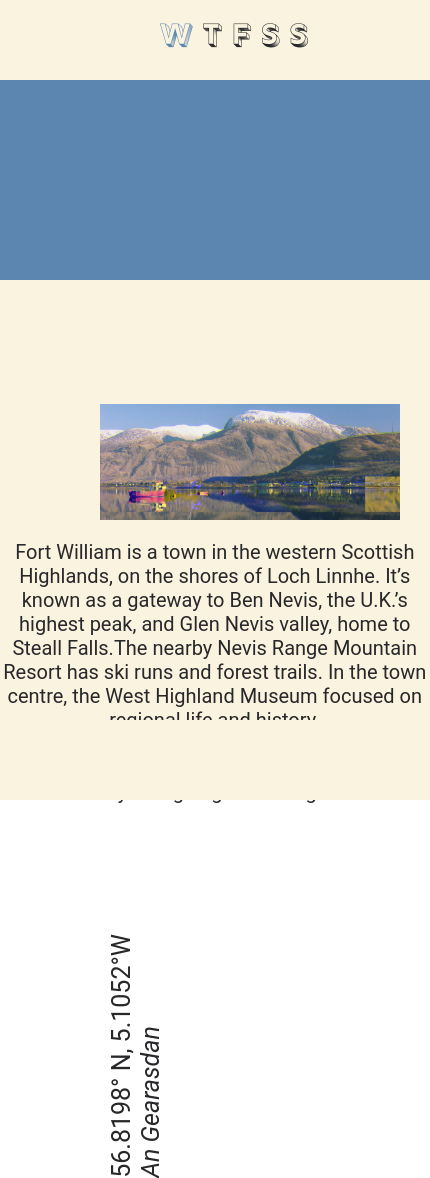
Repository: etak-yram/FINAL-CFG-WEB-DEV
Page: wednesday.html
The author's editor kept a copy of each file at every save. The page is drawn from the files as they stood at one save, then again after the next save.
The browser window is 375 px wide. The page is 430 px wide, so the pictures cover 430 px, including what lies to the right of the window. The pictures show the whole page.

Above is the page before, as saved 2022-07-27 12:37:27.

### wednesday.html
<!DOCTYPE html>
<html lang="en">

<style>
    #menu-item-wed {
    color: #5c86af;
}

    #aside-color-w {
    background-color: #5c86af;
}

    #aside-text-wed {
        font-size: 6em;
    }

    #aside-text-wed {
        font-size: 6em;
    }
</style>

<head>
    <meta charset="UTF-8">
    <meta http-equiv="X-UA-Compatible" content="IE=edge">
    <meta name="viewport" content="width=device-width, initial-scale=1.0">
    <link rel="stylesheet" type="text/css" href="style-main.css"/>

    <title>WED</title>
</head>
<body>
        <aside id="aside-color-w">
            <div class="aside-text-h" id="aside-text-wed">
                <h1>Fort<br>William</h1>
            </div>
        </aside>

        <subtext>
            <p class="sub-text">56.8198° N, 5.1052°W<br><em>An Gearasdan</em></p>
        </subtext>

        <header>
            <ul class="navbar">
                <li><a href="/wednesday.html" id="menu-item-wed" class="menu-item">Wed</a></li>
                <li><a href="/thursday.html" id="menu-item-thu" class="menu-item">Thu</a></li>
                <li><a href="/friday.html" id="menu-item-fri" class="menu-item">Fri</a></li>
                <li><a href="/saturday.html" id="menu-item-sat" class="menu-item">Sat</a></li>
                <li><a href="/sunday.html" id="menu-item-sun" class="menu-item">Sun</a></li>
            </ul>
        </header>



        <mobile-header>
            <ul class="mobile-navbar">
                <li><a href="/wednesday.html" id="menu-item-wed" class="menu-item">W</a></li>
                <li><a href="/thursday.html" id="menu-item-thu" class="menu-item">T</a></li>
                <li><a href="/friday.html" id="menu-item-fri" class="menu-item">F</a></li>
                <li><a href="/saturday.html" id="menu-item-sat" class="menu-item">S</a></li>
                <li><a href="/sunday.html" id="menu-item-sun" class="menu-item">S</a></li>
            </ul>
        </mobile-header>



        <main-img>
            <div>
                <img class="home-image" src="/images/Fort William.png">
            </div>
        </main-img>

        <main><p>Fort William is a town in the western Scottish Highlands, on the shores of Loch Linnhe. It’s known as a gateway to Ben Nevis, the U.K.’s highest peak, and Glen Nevis valley, home to Steall Falls.The nearby Nevis Range Mountain Resort has ski runs and forest trails. In the town centre, the West Highland Museum focused on regional life and history.<br><br>
        We will travel through the stunning Glencoe on the way - It's going to be magical ♡</p></main>

        <footer></footer>

        <rightside></rightside>

</html>

### style-main.css
@font-face {
  font-family: halftone;
  src: url("/fonts/MyFontsWebfontsKit/webFonts/RigBoldHalftone/font.woff");
}
@import url('https://fonts.googleapis.com/css2?family=Roboto:wght@100&display=swap');
/* font-family: 'Roboto', sans-serif; */

body, html {
  height: 100vh;
}


body {
  margin: 0;
  display: grid;
  grid-template-columns: 21% 15% 20% 30% 21% ;
  grid-template-rows: 10% auto auto 10%;
  grid-template-areas:
    "sidebar subtext header header aside"
    "sidebar subtext main-img main-img aside"
    "sidebar subtext main main aside"
    "sidebar footer footer footer aside";
}


/* right sidebar */

rightside {
  grid-area: aside;
  background-color:#faf3e0;
}

/* sidebar */
aside {
  grid-area: sidebar;
}

.aside-text-h {
  transform: rotate(-90deg);
  transform-origin:bottom right;
  padding-top: 100px;
}

.aside-text-h h1 {
  font-family: halftone;
  color: #28282B;
  line-height: 130px;
}

/* subtext */

subtext {
  grid-area: subtext;
  background-color:#faf3e0;
}

.sub-text {
  font-family: 'Roboto', sans-serif;
  color:#28282B;
  font-size: 25px;
  transform: rotate(-90deg);
  transform-origin:bottom;
  padding-top: 550px;
  margin-left: -100px;
}


/* navbar */



header {
  grid-area: header;
  background-color:#faf3e0;
}


.navbar {
  display: flex;
  list-style: none;
  justify-content: center;
  justify-items: center;

}

.navbar a {
  font-family: halftone;
  text-decoration: none;
  color: #28282B;
  font-size: 4rem;
  padding: 20px;
}

#menu-item-wed:hover {
	color: #5c86af;
}
#menu-item-thu:hover {
	color: #ff914d;
}
#menu-item-fri:hover {
	color: #ffde59;
}
#menu-item-sat:hover {
	color: #03989e;
}
#menu-item-sun:hover {
	color: #b071c2;
}

/* main image  */

main-img {
  grid-area: main-img;
  background-color:#faf3e0;
  display: flex;
  align-items: center;
  padding-left: 100px;
  padding-top: 100px;
}

.home-image {
  width: 800px;
}


/* paragraph of info */
main {
  grid-area: main;
  background-color: #faf3e0;
  text-align: center;
}

main p {
  font-family: 'Roboto', sans-serif;
  color:#28282B;
  font-size: 20px;
}


/* footer */
footer {
  grid-area: footer;
  background-color:#faf3e0;
}





























/* Media Queries */

/* Extra small devices (phones, 600px and down) */
@media only screen and (max-width: 600px) {

  body {
    margin: 0;
    display: grid;
    grid-template-columns: 1fr;
    grid-template-rows: 10% 25% 10% 20% 25% 10%;
    grid-template-areas:
      "header"
      "sidebar"
      "subtext"
      "main-img"
      "main"
      "footer";
  }

  header {
    display: none;
  }

  mobile-header {
    grid-area: header;
    background-color:#faf3e0;
  }


  .mobile-navbar {
    display: flex;
    list-style: none;
    justify-content: center;
    justify-items: center;

  }

  .mobile-navbar a {
    font-family: halftone;
    text-decoration: none;
    color: #28282B;
    font-size: 2rem;
    padding: 5px;

  }


/* sidebar */
aside {
  grid-area: sidebar;
}


.aside-text-h h1 {
  font-family: halftone;
  color: #28282B;
  font-size: 1em;
}


.aside-text-h {
  transform: none;
  transform-origin:none;
}


/* subtext */

subtext {
  grid-area: subtext;
  background-color:#faf3e0;
}

.sub-text {
  font-family: 'Roboto', sans-serif;
  color:#28282B;
  font-size: 25px;
  transform: rotate(-90deg);
  transform-origin:bottom;
  padding-top: 550px;
  margin-left: -100px;
}





/* main image  */

main-img {
  grid-area: main-img;
  background-color:#faf3e0;
  display: flex;
  align-items: center;
}

.home-image {
  width: 80vw;
}


/* paragraph of info */
main {
  grid-area: main;
  background-color: #faf3e0;
  text-align: center;
}

main p {
  font-family: 'Roboto', sans-serif;
  color:#28282B;
  font-size: 20px;
}


/* footer */
footer {
  grid-area: footer;
  background-color:#faf3e0;
}


  }

/* Small devices (portrait tablets and large phones, 600px and up) */
@media only screen and (min-width: 600px) {}
/* Medium devices (landscape tablets, 768px and up) */
@media only screen and (min-width: 768px) {}

/* Large devices (laptops/desktops, 992px and up) */
@media only screen and (min-width: 992px) {
  mobile-header {
    display: none;
  }
}

/* Extra large devices (large laptops and desktops, 1200px and up) */
@media only screen and (min-width: 1200px) {
  mobile-header {
    display: none;
  }
}

After the next save:
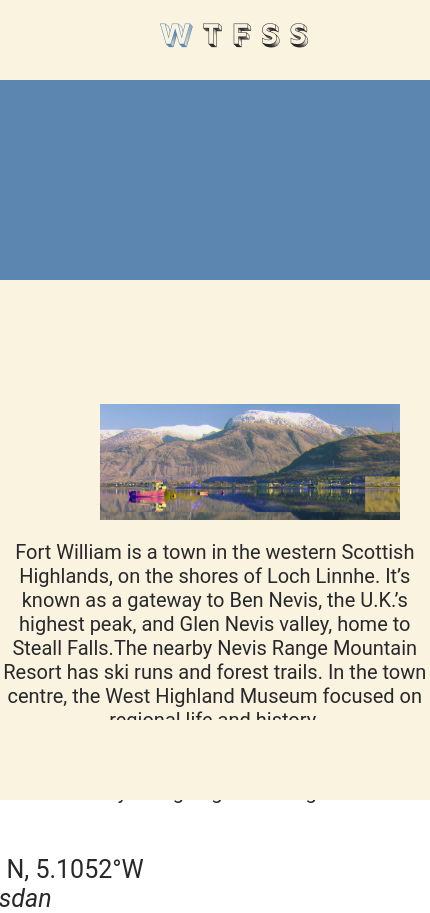
Saved 40 s later.
--- a/style-main.css
+++ b/style-main.css
@@ -248,10 +248,9 @@ subtext {
   font-family: 'Roboto', sans-serif;
   color:#28282B;
   font-size: 25px;
-  transform: rotate(-90deg);
-  transform-origin:bottom;
-  padding-top: 550px;
-  margin-left: -100px;
+  transform: none;
+  transform-origin:none;
+
 }
 
 
